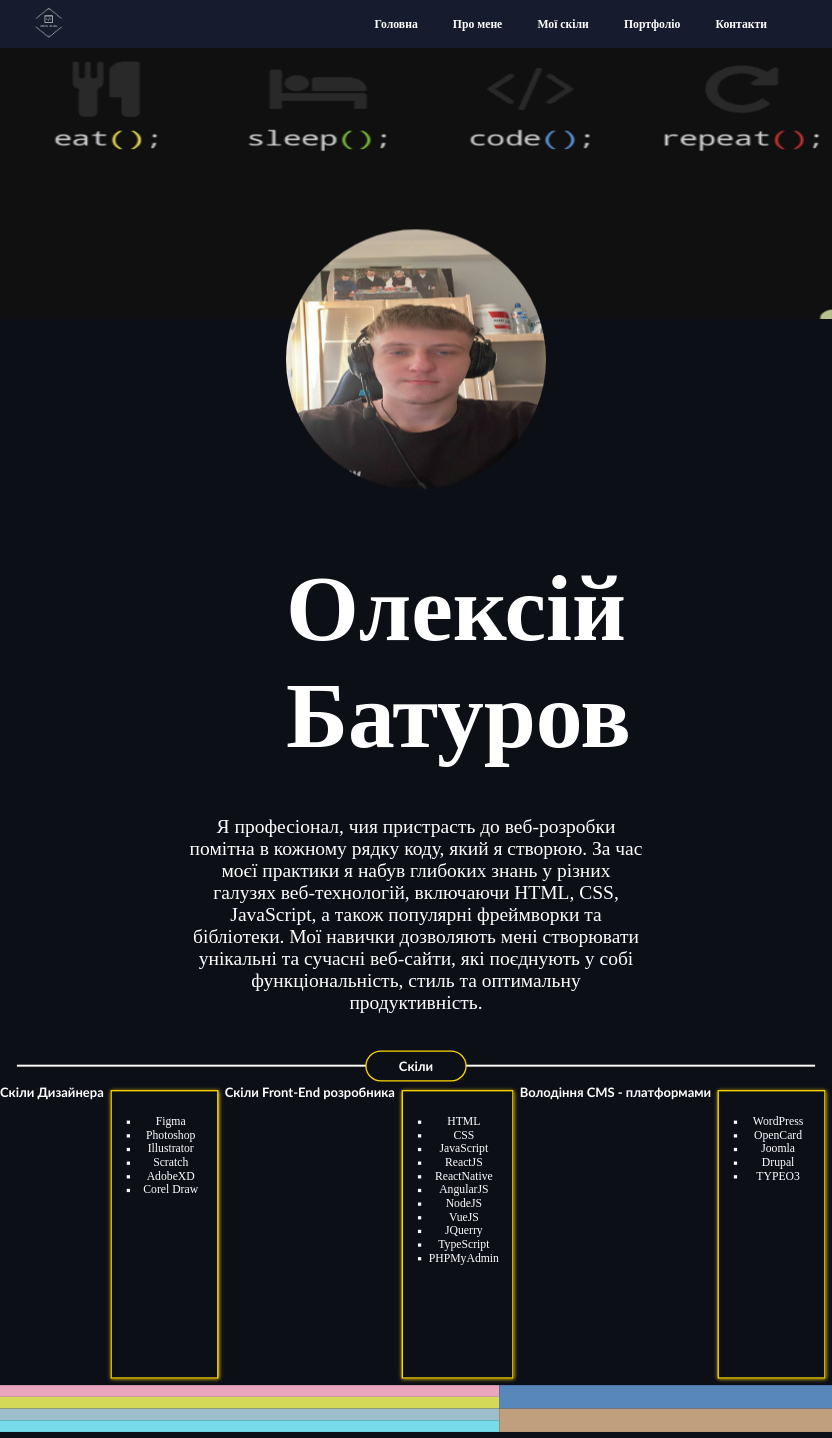
Repository: qtqqrdy13/cv-2
Page: index.html
The author's editor kept a copy of each file at every save. The page is drawn from the files as they stood at one save, then again after the next save.
The browser window is 1280 px wide. The pictures show the whole page, at 65% of full size.

Above is the page before, as saved 2023-10-09 11:25:48.

After the next save:
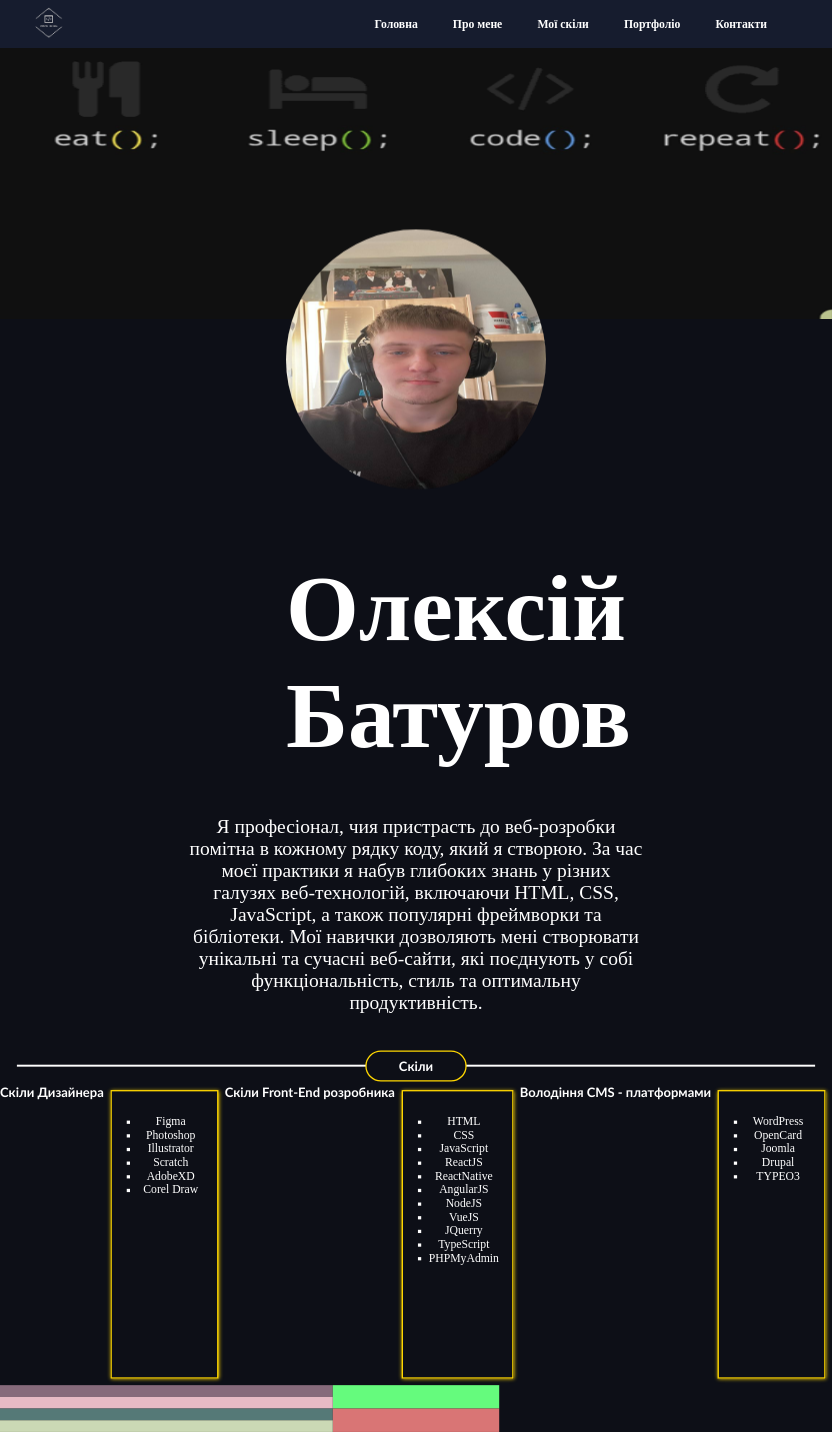
Saved 5 h 35 min later.
--- a/index.html
+++ b/index.html
@@ -110,5 +110,6 @@
     <div id="item-4">&nbsp;</div>
     <div id="item-5">&nbsp;</div>
   </div>
+
 </body>
 </html>
--- a/main.css
+++ b/main.css
@@ -308,7 +308,7 @@ h2:hover{
 .angry-grid {
     display: grid;
 
-    grid-template-rows: 1fr 1fr 1fr 1fr 1fr 1fr 1fr 1fr 1fr;
+    grid-template-rows: 1fr 1fr 1fr 1fr;
     grid-template-columns: 1fr 1fr 1fr 1fr 1fr;
 
     gap: 0px;
@@ -318,61 +318,61 @@ h2:hover{
 
  #item-0 {
 
-    background-color: #eaa6bd;
+    background-color: #866A7B;
     grid-row-start: 1;
     grid-column-start: 1;
 
+    grid-row-end: 2;
+    grid-column-end: 3;
+
+ }
+ #item-1 {
+
+    background-color: #65FB7D;
+    grid-row-start: 1;
+    grid-column-start: 3;
+
     grid-row-end: 3;
     grid-column-end: 4;
 
  }
- #item-1 {
-
-    background-color: #5787BB;
-    grid-row-start: 1;
-    grid-column-start: 4;
-
-    grid-row-end: 5;
-    grid-column-end: 6;
-
- }
  #item-2 {
 
-    background-color: #D5D958;
+    background-color: #E7BAC5;
+    grid-row-start: 2;
+    grid-column-start: 1;
+
+    grid-row-end: 3;
+    grid-column-end: 3;
+
+ }
+ #item-3 {
+
+    background-color: #557977;
     grid-row-start: 3;
     grid-column-start: 1;
 
+    grid-row-end: 4;
+    grid-column-end: 3;
+
+ }
+ #item-4 {
+
+    background-color: #D97575;
+    grid-row-start: 3;
+    grid-column-start: 3;
+
     grid-row-end: 5;
     grid-column-end: 4;
 
  }
- #item-3 {
-
-    background-color: #9EBECC;
-    grid-row-start: 5;
+ #item-5 {
+
+    background-color: #CBD9B5;
+    grid-row-start: 4;
     grid-column-start: 1;
 
-    grid-row-end: 7;
-    grid-column-end: 4;
-
- }
- #item-4 {
-
-    background-color: #77DBE9;
-    grid-row-start: 7;
-    grid-column-start: 1;
-
-    grid-row-end: 9;
-    grid-column-end: 4;
-
- }
- #item-5 {
-
-    background-color: #BF9F7D;
-    grid-row-start: 5;
-    grid-column-start: 4;
-
-    grid-row-end: 9;
-    grid-column-end: 6;
-
- }
+    grid-row-end: 5;
+    grid-column-end: 3;
+
+ }
